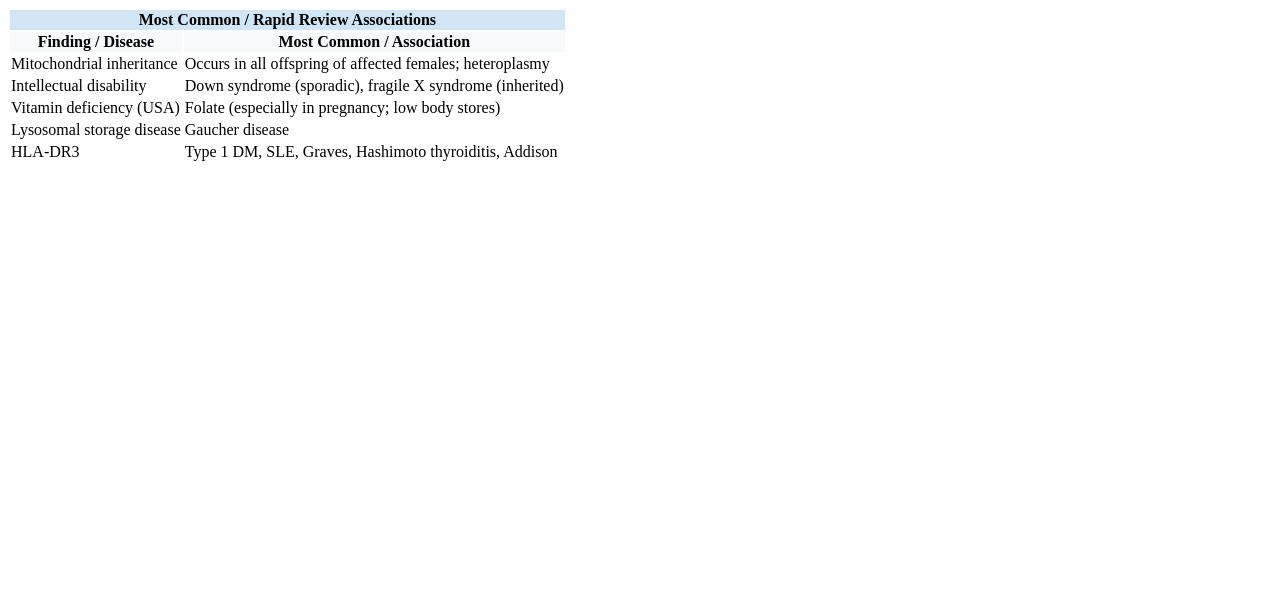
Repository: sharperdragon/STEVEL-1-Summaries
Page: subdex/rapid_review_associations.html
The author's editor kept a copy of each file at every save. The page is drawn from the files as they stood at one save, then again after the next save.
The browser window is 1280 px wide. The pictures show the whole page.

Above is the page before, as saved 2025-05-20 23:16:51.

### subdex/rapid_review_associations.html
<div class="responsive-containier">
  <table class="table1" id="rr-associations">
    <thead>
      <tr>
        <th colspan="2" style="text-align:center; background-color: #d0e5f5;">
          <strong>Most Common / Rapid Review Associations</strong>
        </th>
      </tr>
      <tr>
        <th style="background-color: #f7f9fa;">Finding / Disease</th>
        <th style="background-color: #f7f9fa;">Most Common / Association</th>
      </tr>
    </thead>
    <tbody>
      <tr>
        <td>Mitochondrial inheritance</td>
        <td>Occurs in all offspring of affected females; heteroplasmy</td>
      </tr>
      <tr>
        <td>Intellectual disability</td>
        <td>Down syndrome (sporadic), fragile X syndrome (inherited)</td>
      </tr>
      <tr>
        <td>Vitamin deficiency (USA)</td>
        <td>Folate (especially in pregnancy; low body stores)</td>
      </tr>
      <tr>
        <td>Lysosomal storage disease</td>
        <td>Gaucher disease</td>
      </tr>
      <tr>
        <td>HLA-DR3</td>
        <td>Type 1 DM, SLE, Graves, Hashimoto thyroiditis, Addison</td>
      </tr>
    </tbody>
  </table>
</div>

After the next save:
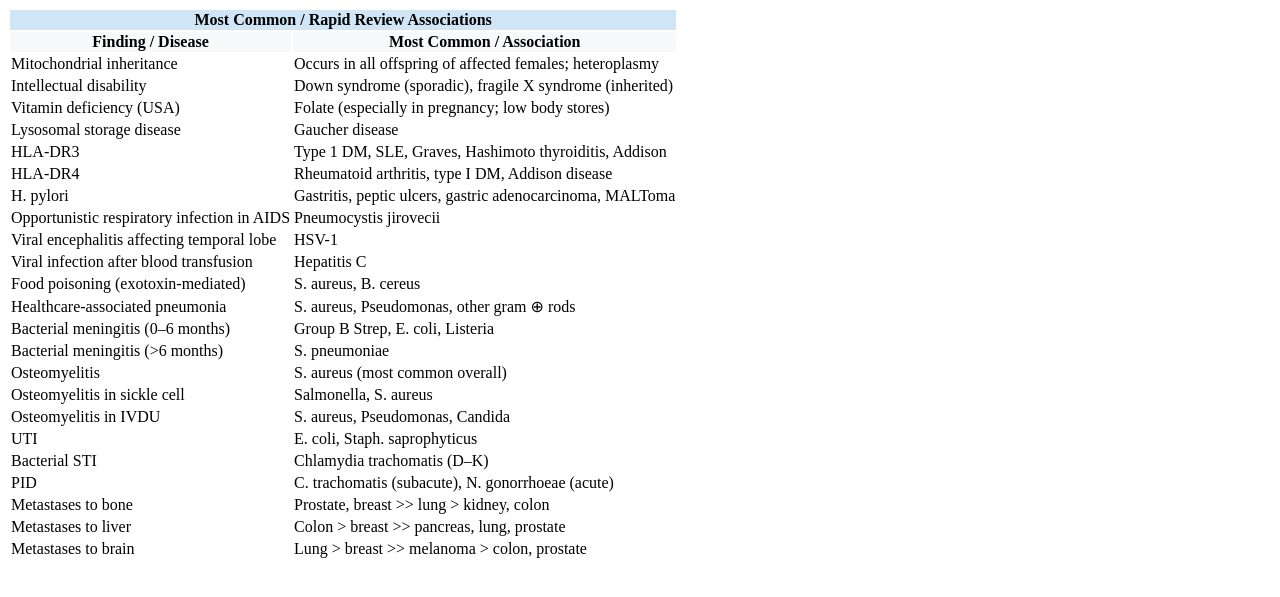
Saved 54 s later.
--- a/subdex/rapid_review_associations.html
+++ b/subdex/rapid_review_associations.html
@@ -32,6 +32,78 @@
         <td>HLA-DR3</td>
         <td>Type 1 DM, SLE, Graves, Hashimoto thyroiditis, Addison</td>
       </tr>
+      <tr>
+        <td>HLA-DR4</td>
+        <td>Rheumatoid arthritis, type I DM, Addison disease</td>
+      </tr>
+      <tr>
+        <td>H. pylori</td>
+        <td>Gastritis, peptic ulcers, gastric adenocarcinoma, MALToma</td>
+      </tr>
+      <tr>
+        <td>Opportunistic respiratory infection in AIDS</td>
+        <td>Pneumocystis jirovecii</td>
+      </tr>
+      <tr>
+        <td>Viral encephalitis affecting temporal lobe</td>
+        <td>HSV-1</td>
+      </tr>
+      <tr>
+        <td>Viral infection after blood transfusion</td>
+        <td>Hepatitis C</td>
+      </tr>
+      <tr>
+        <td>Food poisoning (exotoxin-mediated)</td>
+        <td>S. aureus, B. cereus</td>
+      </tr>
+      <tr>
+        <td>Healthcare-associated pneumonia</td>
+        <td>S. aureus, Pseudomonas, other gram ⊕ rods</td>
+      </tr>
+      <tr>
+        <td>Bacterial meningitis (0–6 months)</td>
+        <td>Group B Strep, E. coli, Listeria</td>
+      </tr>
+      <tr>
+        <td>Bacterial meningitis (&gt;6 months)</td>
+        <td>S. pneumoniae</td>
+      </tr>
+      <tr>
+        <td>Osteomyelitis</td>
+        <td>S. aureus (most common overall)</td>
+      </tr>
+      <tr>
+        <td>Osteomyelitis in sickle cell</td>
+        <td>Salmonella, S. aureus</td>
+      </tr>
+      <tr>
+        <td>Osteomyelitis in IVDU</td>
+        <td>S. aureus, Pseudomonas, Candida</td>
+      </tr>
+      <tr>
+        <td>UTI</td>
+        <td>E. coli, Staph. saprophyticus</td>
+      </tr>
+      <tr>
+        <td>Bacterial STI</td>
+        <td>Chlamydia trachomatis (D–K)</td>
+      </tr>
+      <tr>
+        <td>PID</td>
+        <td>C. trachomatis (subacute), N. gonorrhoeae (acute)</td>
+      </tr>
+      <tr>
+        <td>Metastases to bone</td>
+        <td>Prostate, breast &gt;&gt; lung &gt; kidney, colon</td>
+      </tr>
+      <tr>
+        <td>Metastases to liver</td>
+        <td>Colon &gt; breast &gt;&gt; pancreas, lung, prostate</td>
+      </tr>
+      <tr>
+        <td>Metastases to brain</td>
+        <td>Lung &gt; breast &gt;&gt; melanoma &gt; colon, prostate</td>
+      </tr>
     </tbody>
   </table>
 </div>
